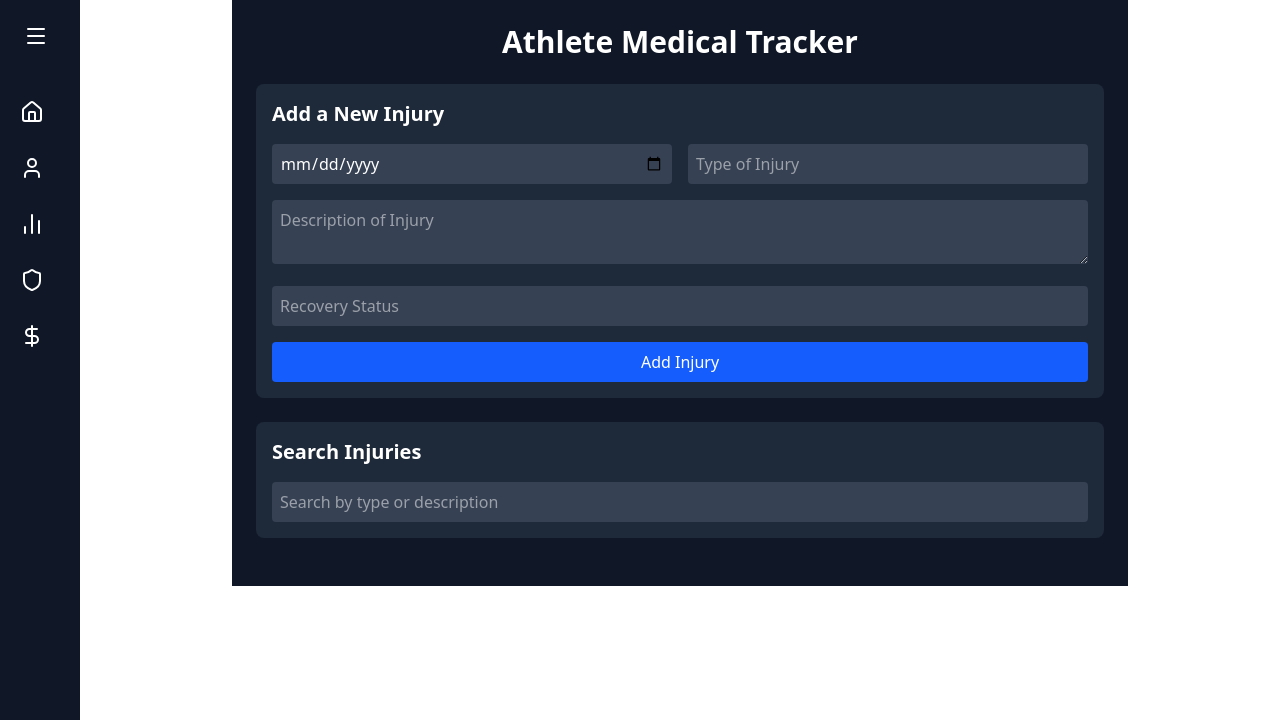
Repository: Shovon0004/Athlete
Page: /medical (app in Athlete/)
These files come from the project's save history. The page is drawn as it stood at one moment and after the next save; the edit follows.
The browser window is 1280 px wide. The pictures show the whole page.
The project was rebuilt for these pictures with package versions that can differ from the ones it lists, and the page was loaded fresh each time. Also part of the build but not shown: Athlete/vite.config.js, Athlete/src/components/FinanceActions.jsx, Athlete/src/components/EditableFinanceDashboard.jsx, Athlete/src/components/News.jsx, Athlete/src/components/SportsPage.jsx, Athlete/src/components/HeroPage.jsx.

Above is the page before, as saved 2025-01-28 22:12:06.

After the next save:
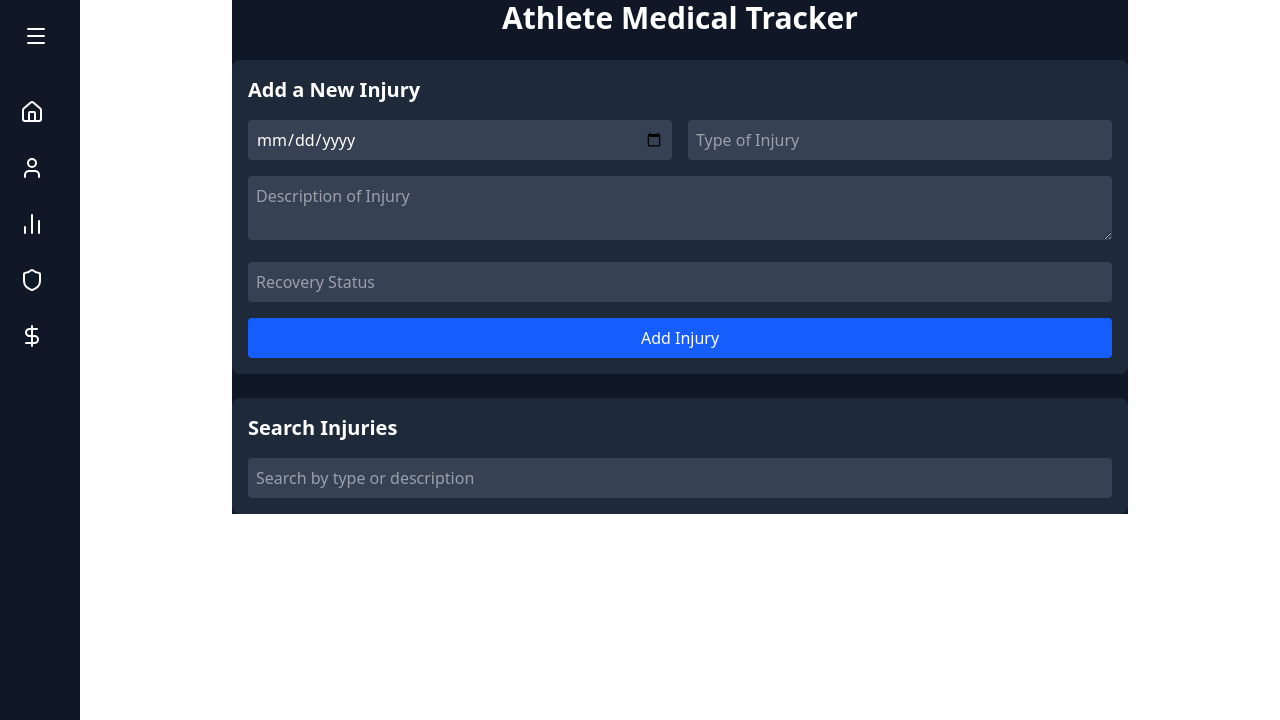
Saved 24 s later.
--- a/Athlete/src/components/Medical.jsx
+++ b/Athlete/src/components/Medical.jsx
@@ -49,7 +49,7 @@
   };
 
   return (
-    <div className="p-6 max-w-4xl mx-auto bg-gray-900 text-white">
+    <div className=" max-w-4xl mx-auto bg-gray-900 text-white">
       <motion.h1
         className="text-3xl font-bold mb-6 text-center"
         initial={{ opacity: 0, y: -50 }}
